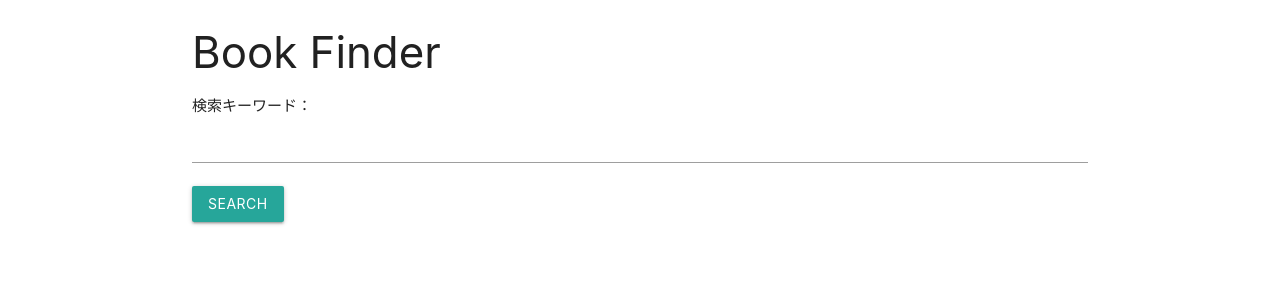
Repository: ayachika/chingu-solo-project
Page: index.html
The author's editor kept a record of every edit. The page is drawn from the files as they stood at one moment, then again after the next edit.
The browser window is 1280 px wide. The pictures show the whole page.

Above is the page before.

After the next edit:
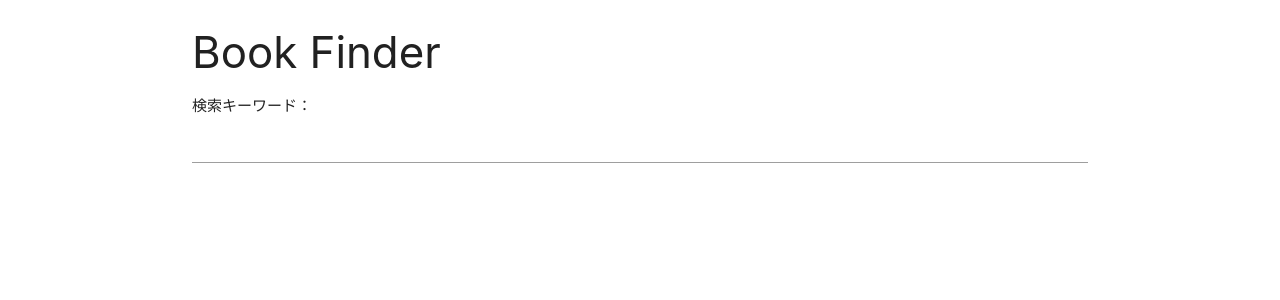
The edit:
--- a/index.html
+++ b/index.html
@@ -16,7 +16,9 @@
       <p> <!--v-modelでフォームとバインディング-->
         検索キーワード：<input type="text" v-model="keyword" v-on:submit.prevent>
       </p>
-      <button v-on:click="getItems(keyword)" class="waves-effect waves-light btn">Search</button>
+      <p v-cloak>
+        {{ message }}
+      </p>
       <div class="card blue-grey darken-1" v-for="item in items">
 
           <div class="card">
